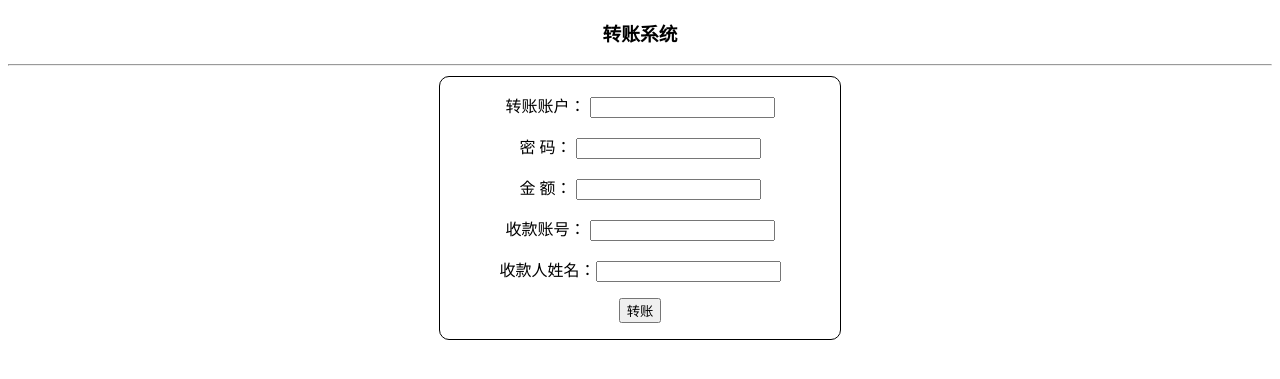
Repository: 99708/java_EE
Page: http://localhost/ssm_bank/
These files come from the project's save history. The page is drawn as it stood at one moment and after the next save; the edit follows.
The browser window is 1280 px wide. The pictures show the whole page.
The page is served by Tomcat 9. Other server files are loaded and not shown.

Above is the page before, as saved 2018-11-16 13:50:00.

### ssm_bank/WebContent/index.jsp
<%@ page language="java" contentType="text/html; charset=UTF-8"
    pageEncoding="UTF-8"%>
<!DOCTYPE html PUBLIC "-//W3C//DTD HTML 4.01 Transitional//EN" "http://www.w3.org/TR/html4/loose.dtd">
<html>
<head>
<meta http-equiv="Content-Type" content="text/html; charset=UTF-8">
<title>Insert title here</title>
</head>
<script type="text/javascript" src="js/jquery-1.9.1.min.js"></script>
<body>
	<h3 align="center">转账系统</h3>
	<hr />
	<div align="center" style=" heigth: 240px; width: 400px;
		border: 1px solid #000; margin: auto; border-radius: 10px;
		margin-top: 10px;">
		<form action="moneyServlet.servlet" method="post">
			<p>
				转账账户： <input id="aid" name="aid" type="text" value="" />
				<span id="aidSpan"></span> <br />
			</p>
			<p>
				密 码： <input id="apwd" name="apwd" type="text" value="" />
				<span id="apwdSpan"></span><br />
			</p>
			<p>
				金 额： <input id="money" name="money" type="text" value="" />
				<span id="moneySpan"></span><br />
			</p>
			<p>
				收款账号： <input id="inId" name="inId" type="text" value="" />
				<span id="inIdSpan"></span><br />
			</p>
			<p>
				收款人姓名：<input id="aname" name="aname" type="text" value="" />
				<span id="anameSpan"></span><br />
			</p>
			<p>
				<input type="submit" value="转账" />
			</p>
		</form>
	</div>
	<script type="text/javascript">
		$(function(){
			$("#aid").blur(function (){
				var url = "getAccountById";
				var data = "aid="+$("#aid").val();
				getData(url, data, function(data){
					if(data){
						$("#aidSpan").html("<img alt='' src='images/right.jpg'/>");
					}else{
						$("#aidSpan").html("<img alt='' src='images/error.jpg'/>");
					}

				});
			});
			function getData(url, data, callback){
				$.ajax({
					url:url,
					data:data,
					dataType:"json",
					type:"post",
					success:function(rsData){
						callback(rsData);
					}
				});
			}
		})
	</script>
</body>
</html>

Loaded but not shown: ssm_bank/WebContent/js/jquery-1.9.1.min.js (library)

After the next save:
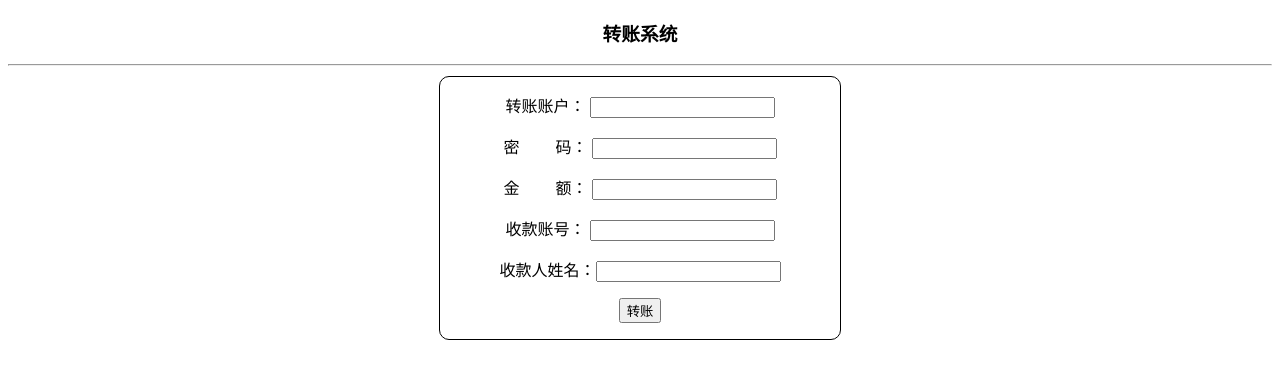
Saved 34 s later.
--- a/ssm_bank/WebContent/index.jsp
+++ b/ssm_bank/WebContent/index.jsp
@@ -19,11 +19,11 @@
 				<span id="aidSpan"></span> <br />
 			</p>
 			<p>
-				密 码： <input id="apwd" name="apwd" type="text" value="" />
+				密　　 码： <input id="apwd" name="apwd" type="text" value="" />
 				<span id="apwdSpan"></span><br />
 			</p>
 			<p>
-				金 额： <input id="money" name="money" type="text" value="" />
+				金 　　额： <input id="money" name="money" type="text" value="" />
 				<span id="moneySpan"></span><br />
 			</p>
 			<p>
